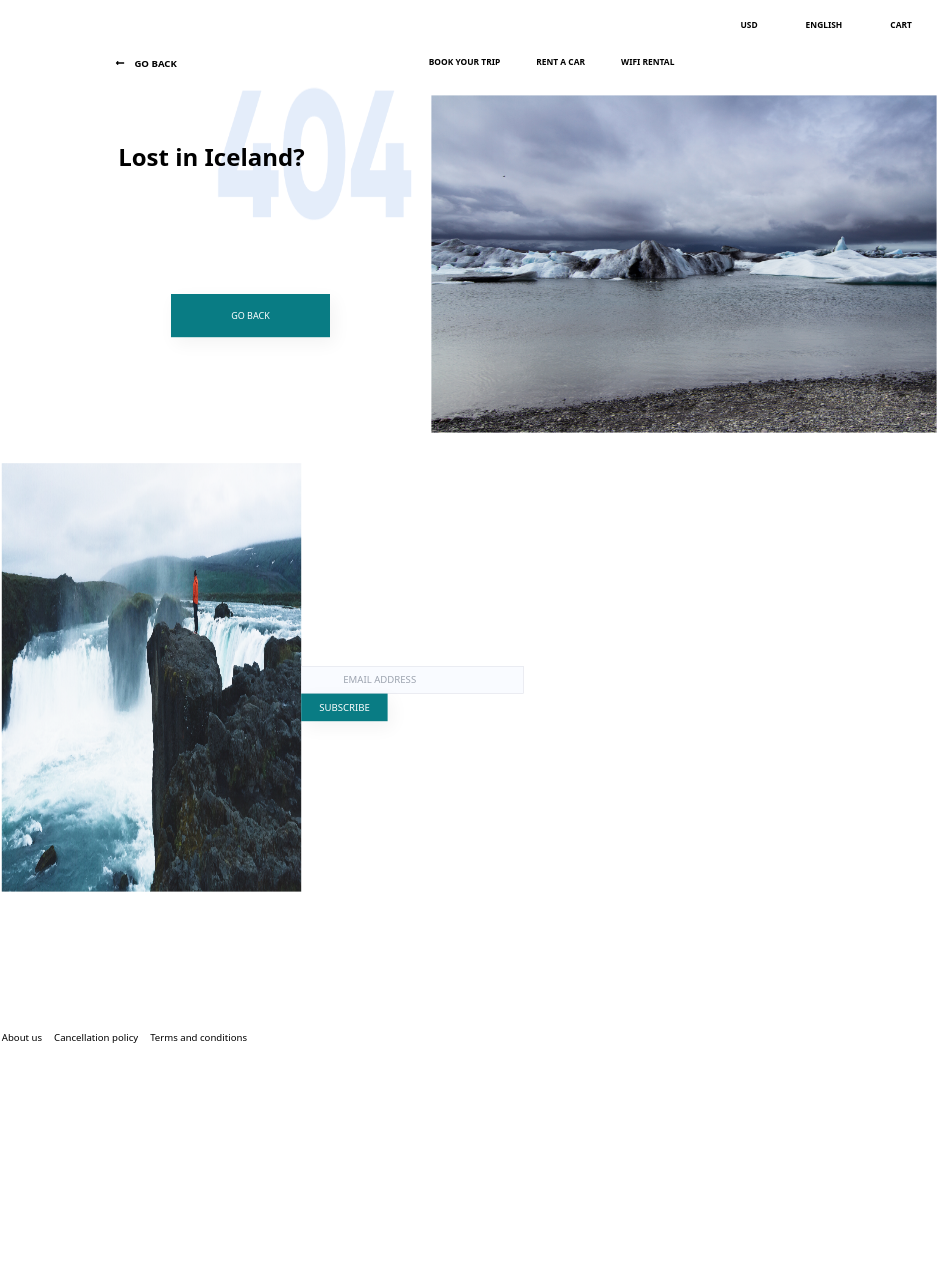
Repository: uh-sman/Iceland
Page: /
An editor plug-in stored every save of this project. The page is shown before and after the next save, followed by the edit.
The browser window is 1280 px wide. The page is 1561 px wide, so the pictures cover 1561 px, including what lies to the right of the window. The pictures show the whole page, at 60% of full size.
The project was rebuilt for these pictures with package versions that can differ from the ones it lists, and the page was loaded fresh each time.

Above is the page before, as saved 2022-09-09 12:01:05.

After the next save:
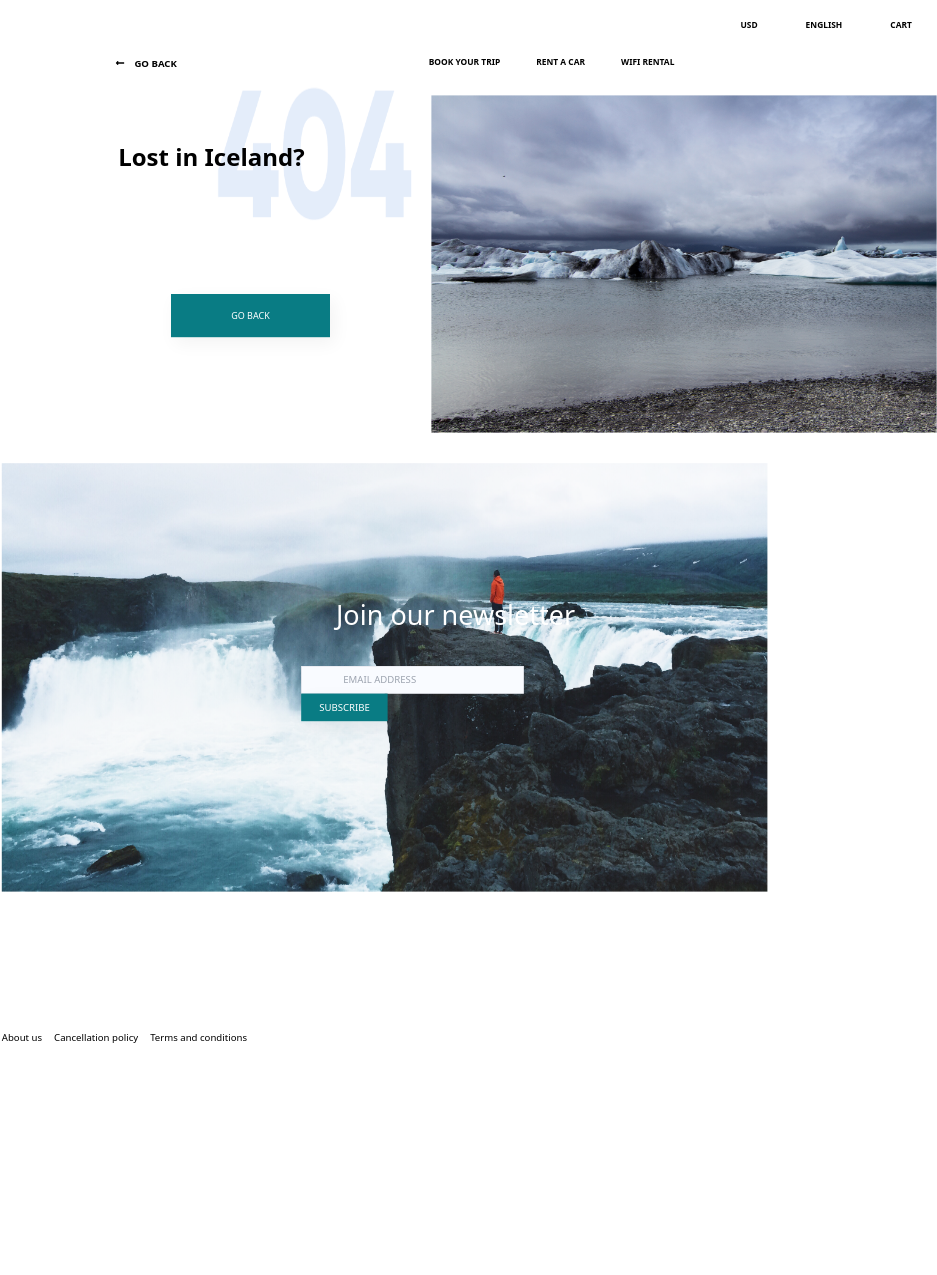
Saved 16 s later.
--- a/src/components/Newsletter.js
+++ b/src/components/Newsletter.js
@@ -8,7 +8,7 @@ export const Newsletter = () => {
           // w-[1440px]
           src={adventure}
           className="absolute h-[714px] left-[3px]
-          top-[772px] w-[499px]"
+          top-[772px] w-[99.7%] "
         />
         <div className="container">
           <h1 className="text-[45px] font-[600px] absolute top-[990px] left-[560px] text-white">
